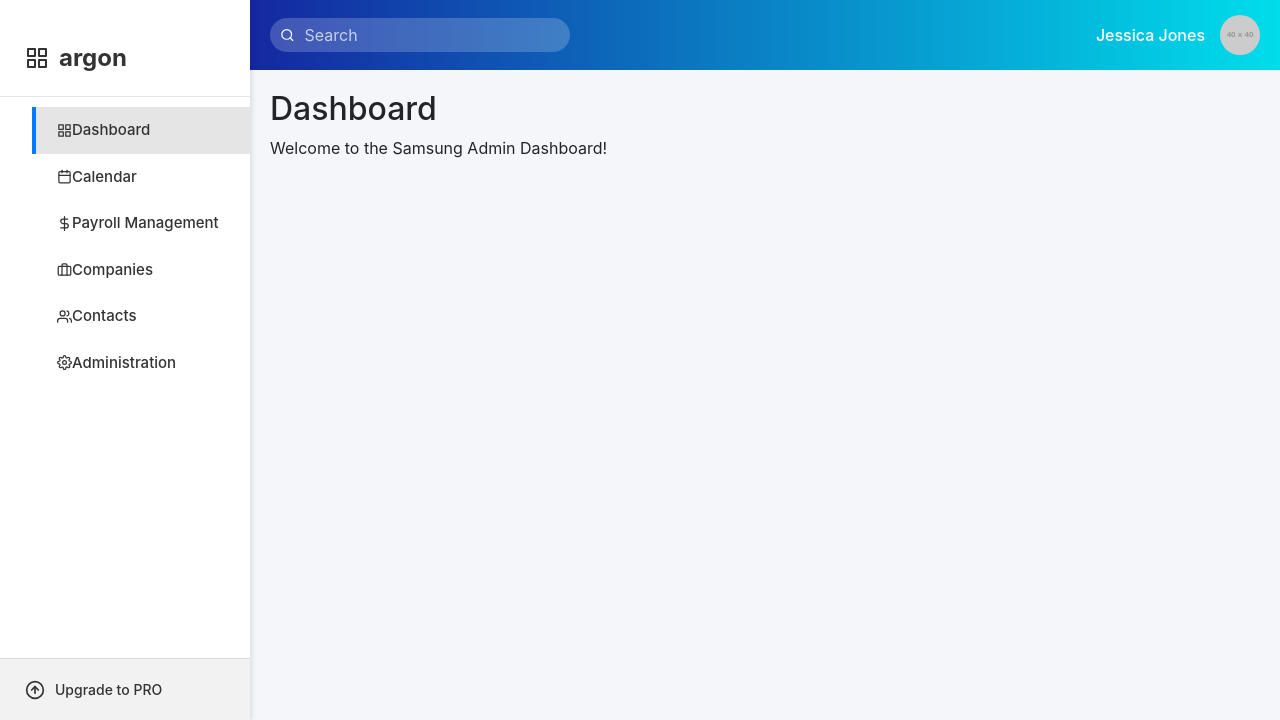
Repository: lenb2109136/HTTTQL
Page: /
These files come from the project's save history. The page is drawn as it stood at one moment and after the next save; the edit follows.
The browser window is 1280 px wide. The pictures show the whole page.
The project was rebuilt for these pictures with package versions that can differ from the ones it lists, and the page was loaded fresh each time.

Above is the page before, as saved 2025-03-28 12:19:26.

After the next save:
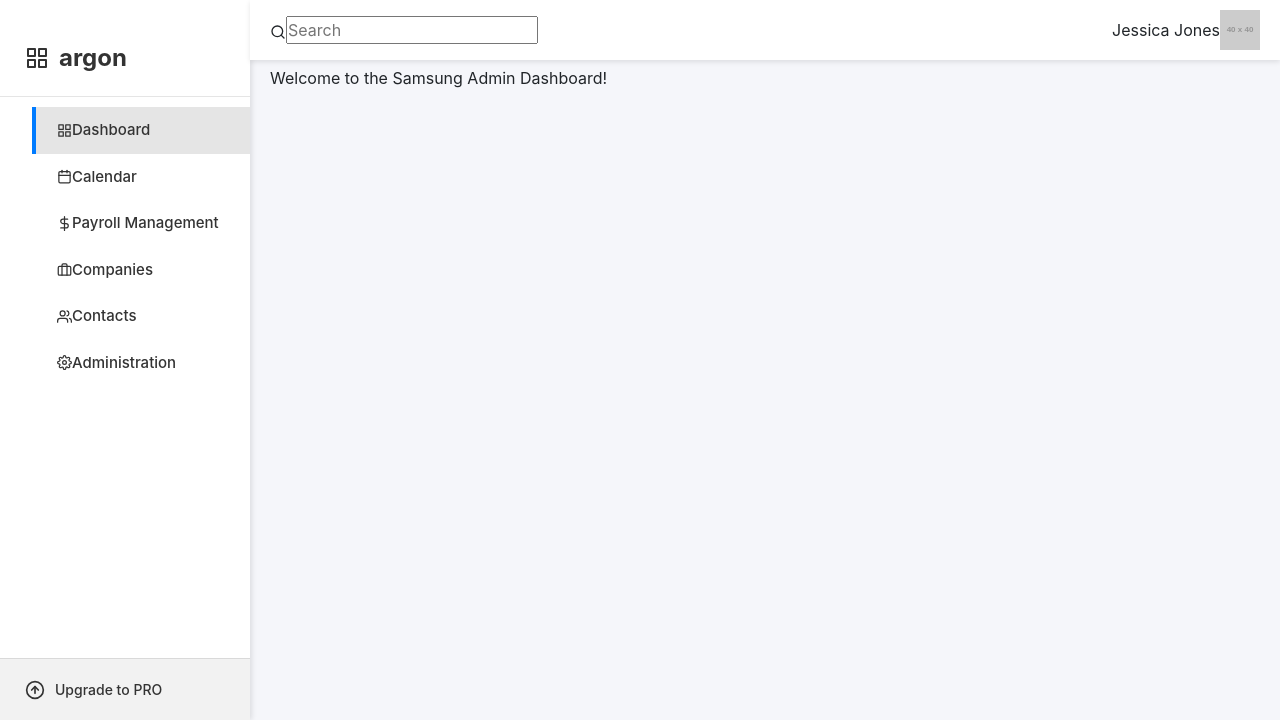
Saved 70 s later.
--- a/src/component/admin/admin-style/Header-Admin.css
+++ b/src/component/admin/admin-style/Header-Admin.css
@@ -1,105 +1,68 @@
 /* src/components/Header.css */
 .header {
-  background: linear-gradient(
-    90deg,
-    #1428a0 0%,
-    #00ddeb 100%
-  ); /* Gradient của Samsung */
-  padding: 15px 20px;
+  width: calc(100% - 250px); /* Adjust for sidebar width */
+  height: 60px;
+  background: #fff; /* White background */
+  position: fixed;
+  top: 0;
+  left: 250px; /* Offset for sidebar */
   display: flex;
   justify-content: space-between;
   align-items: center;
-  color: white;
+  padding: 0 20px;
+  box-shadow: 0 2px 5px rgba(0, 0, 0, 0.1); /* Subtle shadow */
 }
 
-/* Thanh tìm kiếm */
-.search-bar {
+.header-left {
   display: flex;
   align-items: center;
-  background-color: rgba(255, 255, 255, 0.2);
-  border-radius: 20px;
-  padding: 5px 10px;
-  width: 300px;
 }
 
-.search-bar input {
-  border: none;
-  background: none;
-  outline: none;
-  margin-left: 10px;
-  width: 100%;
-  color: white;
+.header .logo {
+  display: flex;
+  align-items: center;
+  gap: 10px;
 }
 
-.search-bar input::placeholder {
-  color: rgba(255, 255, 255, 0.7);
+.header .logo-icon {
+  width: 40px;
+  height: 40px;
+  border-radius: 50%;
 }
 
-.search-icon {
-  color: white;
+.header .logo span {
+  font-size: 20px;
+  font-weight: 700;
+  color: #333; /* Black text */
 }
 
-/* Phần bên phải */
 .header-right {
   display: flex;
   align-items: center;
-  gap: 15px;
 }
 
-.user-name {
-  font-size: 16px;
-  font-weight: 500;
-}
-
-/* Avatar và Dropdown */
-.user-profile {
-  position: relative;
-}
-
-.avatar {
-  width: 40px;
-  height: 40px;
-  border-radius: 50%;
-  overflow: hidden;
-  cursor: pointer;
-}
-
-.avatar img {
-  width: 100%;
-  height: 100%;
-  object-fit: cover;
-}
-
-.dropdown-menu {
-  position: absolute;
-  top: 50px;
-  right: 0;
-  background-color: #fff;
-  box-shadow: 0 2px 10px rgba(0, 0, 0, 0.1);
-  border-radius: 5px;
-  width: 200px;
-  z-index: 1000;
-}
-
-.dropdown-item {
-  padding: 10px 15px;
-  border-bottom: 1px solid #f0f0f0;
-  font-size: 14px;
-  color: #333;
-}
-
-.dropdown-item:last-child {
-  border-bottom: none;
-}
-
-.logout {
+.logout-section {
   display: flex;
   align-items: center;
   gap: 10px;
-  color: #ff4d4f;
+  padding: 10px 15px;
+  background-color: rgba(0, 0, 0, 0.05); /* Light gray background */
+  border-radius: 5px;
   cursor: pointer;
+  transition: background-color 0.3s ease;
+}
+
+.logout-section:hover {
+  background-color: rgba(0, 0, 0, 0.1); /* Slightly darker on hover */
 }
 
 .logout-icon {
-  font-size: 16px;
+  font-size: 18px;
+  color: #333; /* Black icon */
 }
+
+.logout-section span {
+  font-size: 14px;
+  font-weight: 500;
+  color: #333; /* Black text */
+}

After the save that followed:
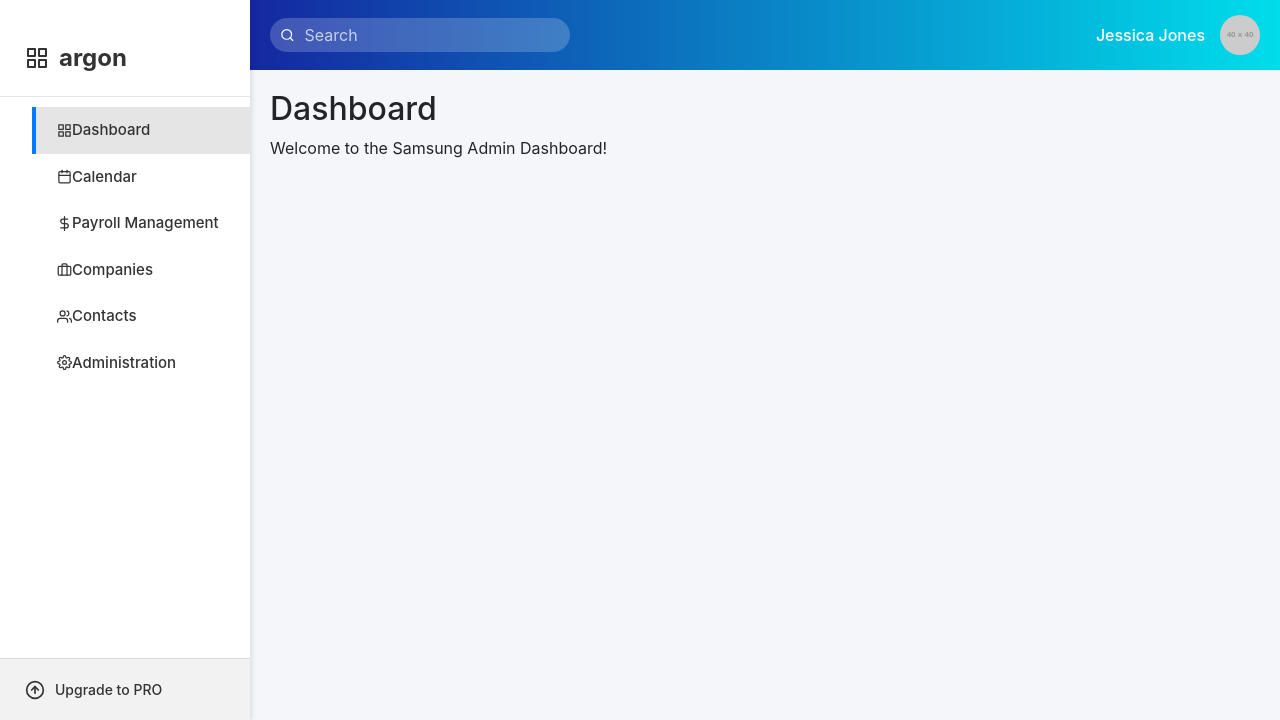
Saved 14 s later.
--- a/src/component/admin/Header-Admin.js
+++ b/src/component/admin/Header-Admin.js
@@ -1,7 +1,6 @@
-// src/components/Header.js
 import React, { useState } from 'react';
 import { FiSearch, FiLogOut } from 'react-icons/fi';
-import './admin-style/Header-Admin.css';
+import './Header.css'; // Adjusted import assuming the file is in src/components/
 
 const Header = () => {
   const [isDropdownOpen, setIsDropdownOpen] = useState(false);
